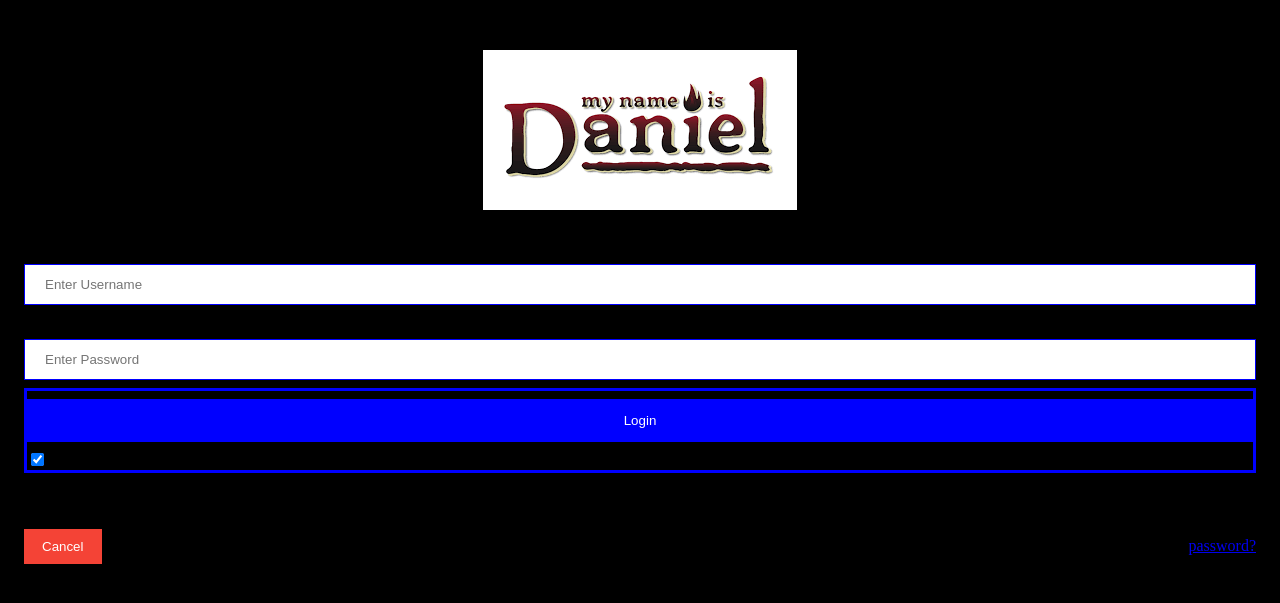
Repository: Danielrr07/Danielrr07.github.io
Page: My_Website/websiteproject.html
The author's editor kept a record of every edit. The page is drawn from the files as they stood at one moment, then again after the next edit.
The browser window is 1280 px wide. The pictures show the whole page.

Above is the page before.

### My_Website/websiteproject.html
<html>
    <head>
        <title> FACTS ABOUT ME</title>
        <link href="websiteproject.css" rel="stylesheet" type="text/css">
        <script>
        function startTime() {
        var today = new Date();
        var h = today.getHours();
        var m = today.getMinutes();
        var s = today.getSeconds();
        m = checkTime(m);
        s = checkTime(s);
        document.getElementById('txt').innerHTML =
        h + ":" + m + ":" + s;
        var t = setTimeout(startTime, 500);
        }
        function checkTime(i) {
        if (i < 10) {i = "0" + i};  // add zero in front of numbers < 10
        return i;
        }
        </script>
    </head>
    <body onload="startTime()">
      <div id="txt"></div>
    </body>
  <div class="imgcontainer">
    <img src="Danielwebsite1.png" alt="logo" class="logo">
  </div>

  <div class="container">
    <label for="uname"><b>Username</b></label>
    <input type="text" placeholder="Enter Username" name="uname" required>

    <label for="psw"><b>Password</b></label>
    <input type="password" placeholder="Enter Password" name="psw" required>


    <form action="websiteproject2.html" method="get">
      <button type="submit">Login</button>
      <label>
        <input type="checkbox" checked="checked" name="remember"> Remember me
      </label>
    </form>
  </div>

  <div class="container" style="background-color:#O5OED">
    <button type="button" class="cancelbtn">Cancel</button>
    <span class="psw">Forgot<a href='#'>password?</a></span>
  </div>
</form>
</html>

### My_Website/websiteproject.css
/* Bordered form */
form {
  border: 3px solid #0000FF;
}

body{
  background-color: Black;
}
/* Full-width inputs */
input[type=text], input[type=password] {
  width: 100%;
  padding: 12px 20px;
  margin: 8px 0;
  display: inline-block;
  border: 1px solid #0000FF;
}

/* Set a style for all buttons */
button {
  background-color: Blue;
  color: white;
  padding: 14px 20px;
  margin: 8px 0;
  border: none;
  cursor: pointer;
  width: 100%;
}

/* Add a hover effect for buttons */
button:hover {
  opacity: 0.8;
}

/* Extra style for the cancel button (red) */
.cancelbtn {
  width: auto;
  padding: 10px 18px;
  background-color: #f44336;
}
/* Changing the color for password */

/* Center the avatar image inside this container */
.imgcontainer {
  text-align: center;
  margin: 24px 0 12px 0;
}

/* Avatar image */
img.avatar {
  width: 40%;
  border-radius: 50%;
}

/* Add padding to containers */
.container {
  padding: 16px;
}

/* The "Forgot password" text */
span.psw {
  float: right;
  padding-top: 16px;
}

/* Change styles for span and cancel button on extra small screens */
@media screen and (max-width: 300px) {
  span.psw {
    display: block;
    float: none;
  }
.cancelbtn {
    width: 100%;
  }
}

After the next edit:
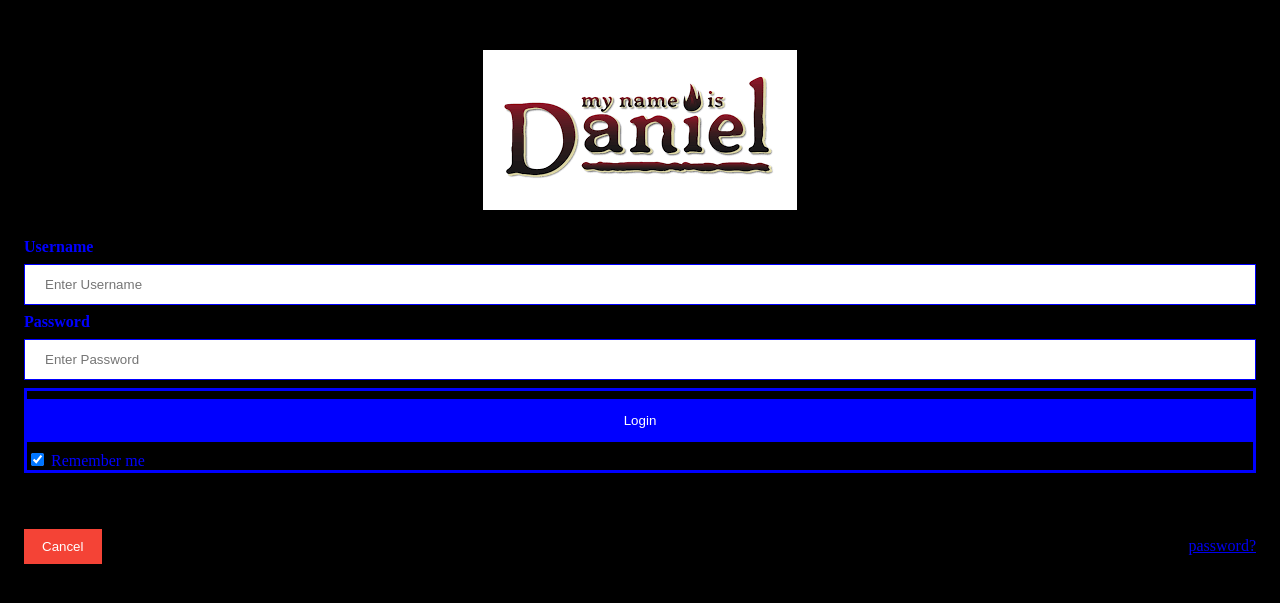
The edit:
--- a/My_Website/websiteproject.css
+++ b/My_Website/websiteproject.css
@@ -30,7 +30,9 @@
 button:hover {
   opacity: 0.8;
 }
-
+label {
+  color:Blue;
+}
 /* Extra style for the cancel button (red) */
 .cancelbtn {
   width: auto;
